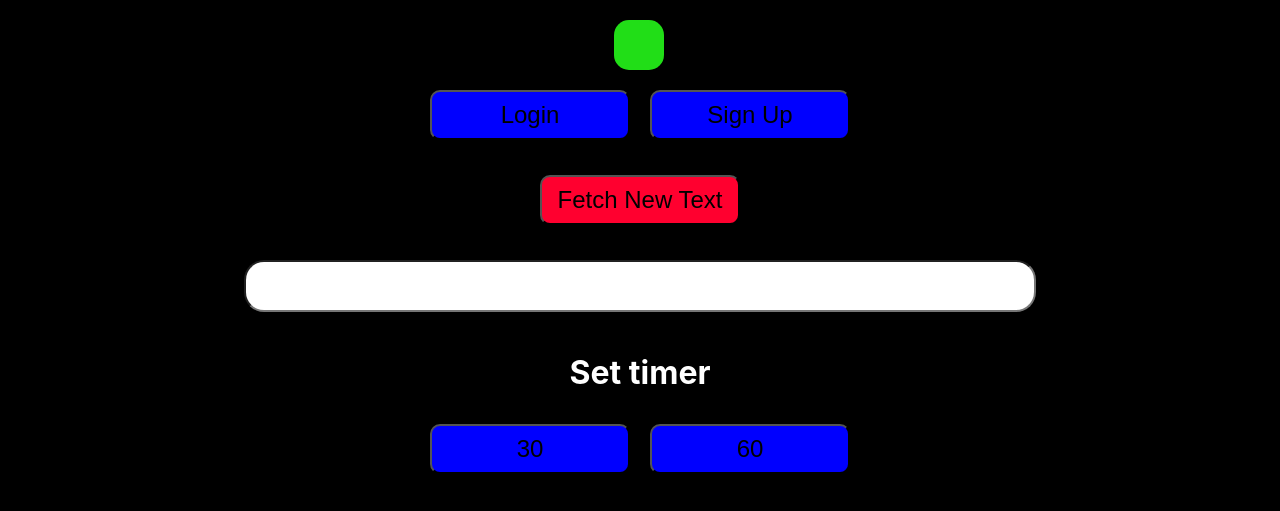
Repository: abhaysharma20233009/swiftKey
Page: / (app in frontend/my-app/)
These files come from the project's save history. The page is drawn as it stood at one moment and after the next save; the edit follows.
The browser window is 1280 px wide. The pictures show the whole page.
The page's requests for data from a server got no answer. The project was rebuilt for these pictures with package versions that can differ from the ones it lists, and the page was loaded fresh each time. No one was signed in, and anything a server would have sent is missing. Also part of the build but not shown: frontend/my-app/src/Results.js, frontend/my-app/src/Login.js, frontend/my-app/src/Signup.js.

Above is the page before, as saved 2024-10-10 21:48:19.

### frontend/my-app/src/App.js
//App.js

import './App.css';
import React from 'react';
import { BrowserRouter as Router, Route, Routes } from 'react-router-dom';
import Swift from './Swifts';
import Results from './Results';
import Login from './Login';
import Signup from './Signup';
const App = () => {
    return (
        <Router>
			<div className="App">
            <Routes>
                <Route path="/" element={<Swift />} />
                <Route path="/results" element={<Results />} />
                <Route path="/login" element={<Login />} />
                <Route path="/signup" element={<Signup/>}/>
            </Routes>
			</div>
        </Router>
    );
};

export default App;

### frontend/my-app/src/App.css
.App {
  text-align: center;
  color:white;
}

body{
  background-color:black;
}

.log{
  color:black;
  margin-left: 10px;
  margin-right: 10px;
  background-color: blue;
  border-radius: 10px;
  height:50px;
  width:200px;
  justify-self: end;
  font-size: x-large;
  margin-top:10px;
  margin-bottom:25px;
}




.in{
  border-radius:20px;
  font-size: 24px;
  width: 60%;
  padding: 10px;
  margin: 10px 0;
}

.hea{
  margin-top: 50px;
  margin-bottom:20px;
  margin-left:25%;
  background-color: lightgray;
  font-size: 24px;
  background-color:rgb(0, 128, 9);
  width:50%;
  height:50px;
  border-radius:30px;
  text-align: center;
}

.lo{
  text-align:center;
}
.Timer{
  height:50px;
  font-size:30px;
  margin-bottom: 10px;
  background-color:rgb(33, 222, 23);
  width:50px;
  margin-left:48%;
  border-radius: 15px;
}

.form{
  font-size: 28px;
  margin-top:80px;
  padding:5px;
  background:linear-gradient(150deg,blue,red);
  background-color:rgb(169, 90, 63);
  width:60%;
  border-radius:20px;
  margin-left:20%;
}

.logs{
  color:black;
  margin-left: 10px;
  margin-right: 10px;
  background-color: rgb(255, 0, 47);
  border-radius: 10px;
  height:50px;
  width:200px;
  justify-self: end;
  font-size: x-large;
  margin-top:10px;
  margin-bottom:25px;
}

### frontend/my-app/src/Swifts.js
import React, { useState, useEffect } from 'react';
import { useNavigate, useLocation } from 'react-router-dom';

function Swifts() {
    const [message, setMessage] = useState('');
    const [inputValue, setInputValue] = useState('');
    const [currentWordIndex, setCurrentWordIndex] = useState(0);
    const [time, setTime] = useState(0);
    const navigate = useNavigate();
    const location = useLocation();
    const [countdown, setCountdown] = useState(null);
    const [wordTyped, setWordTyped] = useState(0);
    const [isInputDisabled, setIsInputDisabled] = useState(false); // New state

    const username = location.state?.username || '';
    const email = location.state?.email || '';

    const fetchMessages = async () => {
        try {
            const response = await fetch('http://localhost:7000/random-paragraph');
            const data = await response.json();
            if (data && typeof data === 'string') {
                setMessage(data);
                setInputValue('');
                setCurrentWordIndex(0);
                setIsInputDisabled(false); // Enable input when fetching new messages
            } else {
                console.error('Invalid data format:', data);
            }
        } catch (error) {
            console.error('Error fetching messages:', error);
        }
    };

    useEffect(() => {
        fetchMessages();
    }, []);

    const handleInputChange = (e) => {
        const value = e.target.value;
        setInputValue(value);

        const words = message.split(' ');
        const currentWord = words[currentWordIndex];

        if (currentWord && currentWord.startsWith(value.trim())) {
            if (value.trim() === currentWord) {
                setCurrentWordIndex((prevIndex) => prevIndex + 1);
                setInputValue('');
            }
        }
    };

    useEffect(() => {
        if (time > 0) {
            setCountdown(time);
        }
    }, [time]);

    useEffect(() => {
        if (countdown > 0) {
            const timer = setInterval(() => {
                setCountdown((prev) => prev - 1);
            }, 1000);

            return () => clearInterval(timer);
        } else if (countdown === 0) {
            setIsInputDisabled(true); // Disable input when countdown reaches zero
        }
    }, [countdown]);

    useEffect(() => {
        if (time > 0) {
            setWordTyped((currentWordIndex * 60) / time);
            const timer = setTimeout(() => {
                navigate('/results', { state: { wordTyped, username, email } });
            }, time * 1000);

            return () => clearTimeout(timer);
        }
    }, [time, currentWordIndex, wordTyped, navigate, username, email]);

    const words = message.split(' ');
    const currentWord = words[currentWordIndex] || '';

    return (
        <div style={{ textAlign: 'center', marginTop: '20px' }}>
            <div className="Timer">{countdown}</div>
            {username && <h2>Welcome, {username}!</h2>}
            <button className="log" onClick={() => navigate('/login')}>Login</button>
            <button className="log" onClick={() => navigate('/signup')}>Sign Up</button>
            <br />
            <button className="logs" onClick={fetchMessages}>Fetch New Text</button>
            <br />
            <input
                className='in'
                type="text"
                value={inputValue}
                onChange={handleInputChange}
                placeholder={currentWord.slice(inputValue.length)}
                disabled={isInputDisabled} // Disable input based on state
            />
            <div className="lo">
                <div style={{ fontSize: '24px', marginTop: '10px', textAlign: 'center', display: 'flex', flexWrap: 'wrap' }}>
                    {words.map((word, index) => {
                        const isCurrentWord = index === currentWordIndex;
                        const isTypedWord = index < currentWordIndex;

                        return (
                            <span
                                key={index}
                                style={{
                                    padding: '0 5px',
                                    color: isCurrentWord ? 'blue' : (isTypedWord ? 'gray' : 'white'),
                                    textDecoration: isTypedWord ? 'line-through' : 'none',
                                }}
                            >
                                {word}
                            </span>
                        );
                    })}
                </div>
            </div>
            <h1>Set timer</h1>
            <button className="log" onClick={() => setTime(30)}>30</button>
            <button className="log" onClick={() => setTime(60)}>60</button>
        </div>
    );
}

export default Swifts;

Loaded but not shown: frontend/my-app/public/index.html (common file); frontend/my-app/src/index.js (common file); frontend/my-app/src/index.css (common file); frontend/my-app/src/reportWebVitals.js (common file)

After the next save:
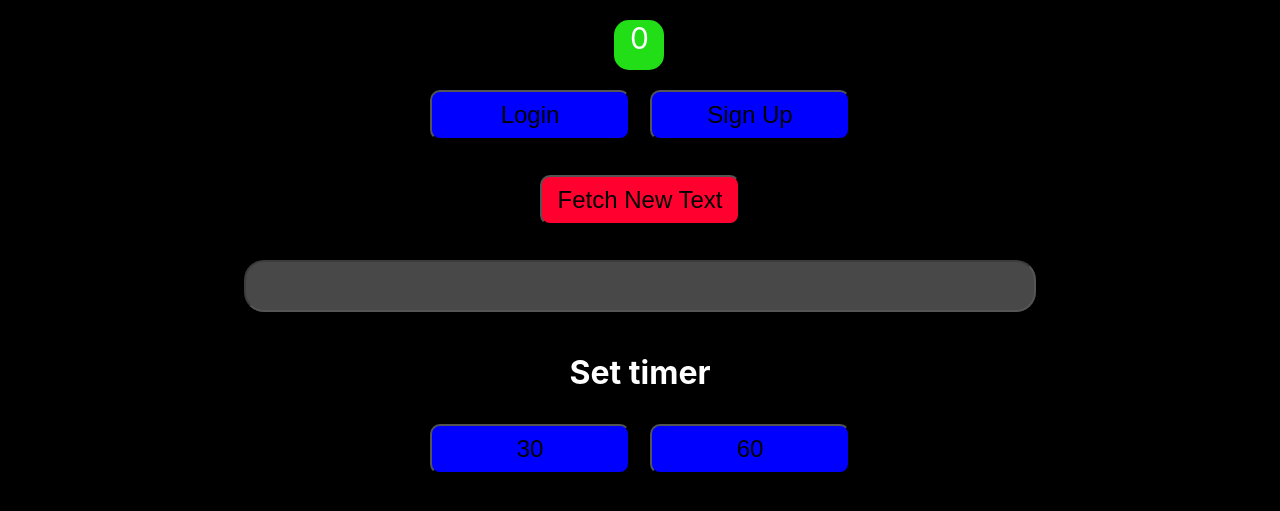
Saved 8 min 17 s later.
--- a/frontend/my-app/src/Swifts.js
+++ b/frontend/my-app/src/Swifts.js
@@ -8,7 +8,7 @@ function Swifts() {
     const [time, setTime] = useState(0);
     const navigate = useNavigate();
     const location = useLocation();
-    const [countdown, setCountdown] = useState(null);
+    const [countdown, setCountdown] = useState(0);
     const [wordTyped, setWordTyped] = useState(0);
     const [isInputDisabled, setIsInputDisabled] = useState(false); // New state
 
